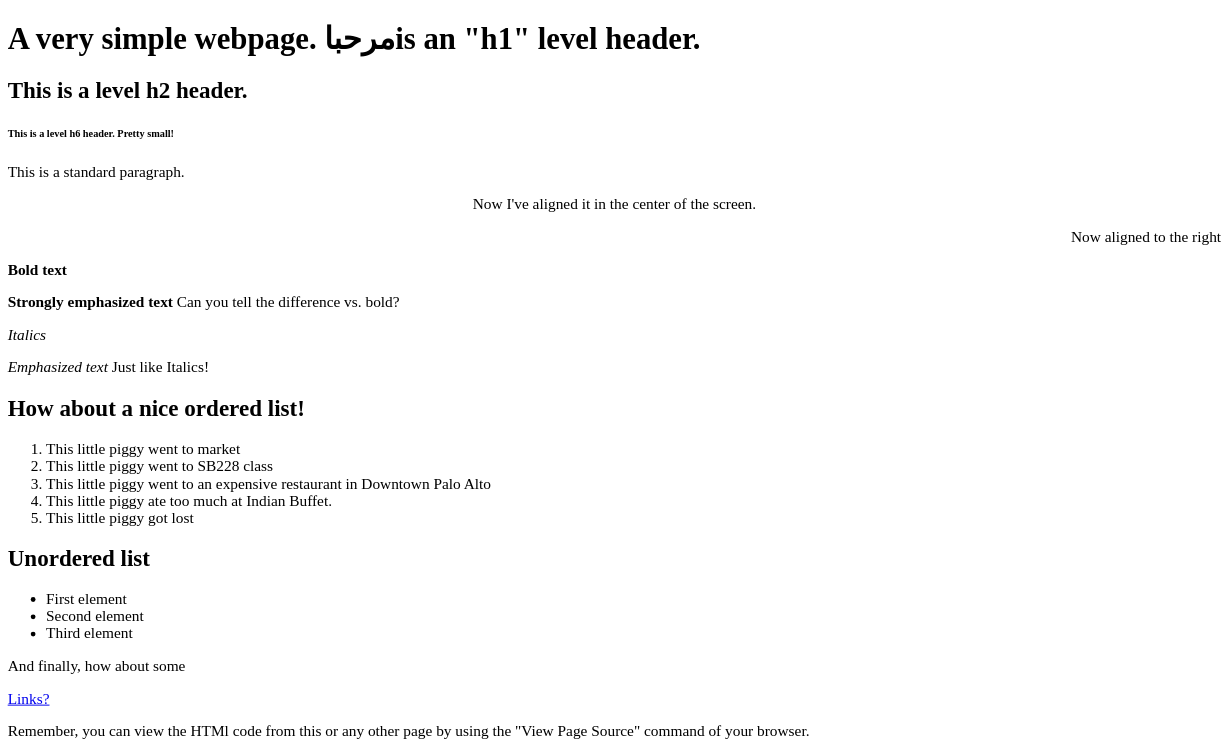
Repository: khanshakiil/ArabicHTMLToPDF
Page: HospitalFrontDesk/src/main/resources/html.html
An editor plug-in stored every save of this project. The page is shown before and after the next save, followed by the edit.
The browser window is 1280 px wide. The pictures show the whole page, at 96% of full size.

Above is the page before, as saved 2020-03-05 18:53:39.

After the next save:
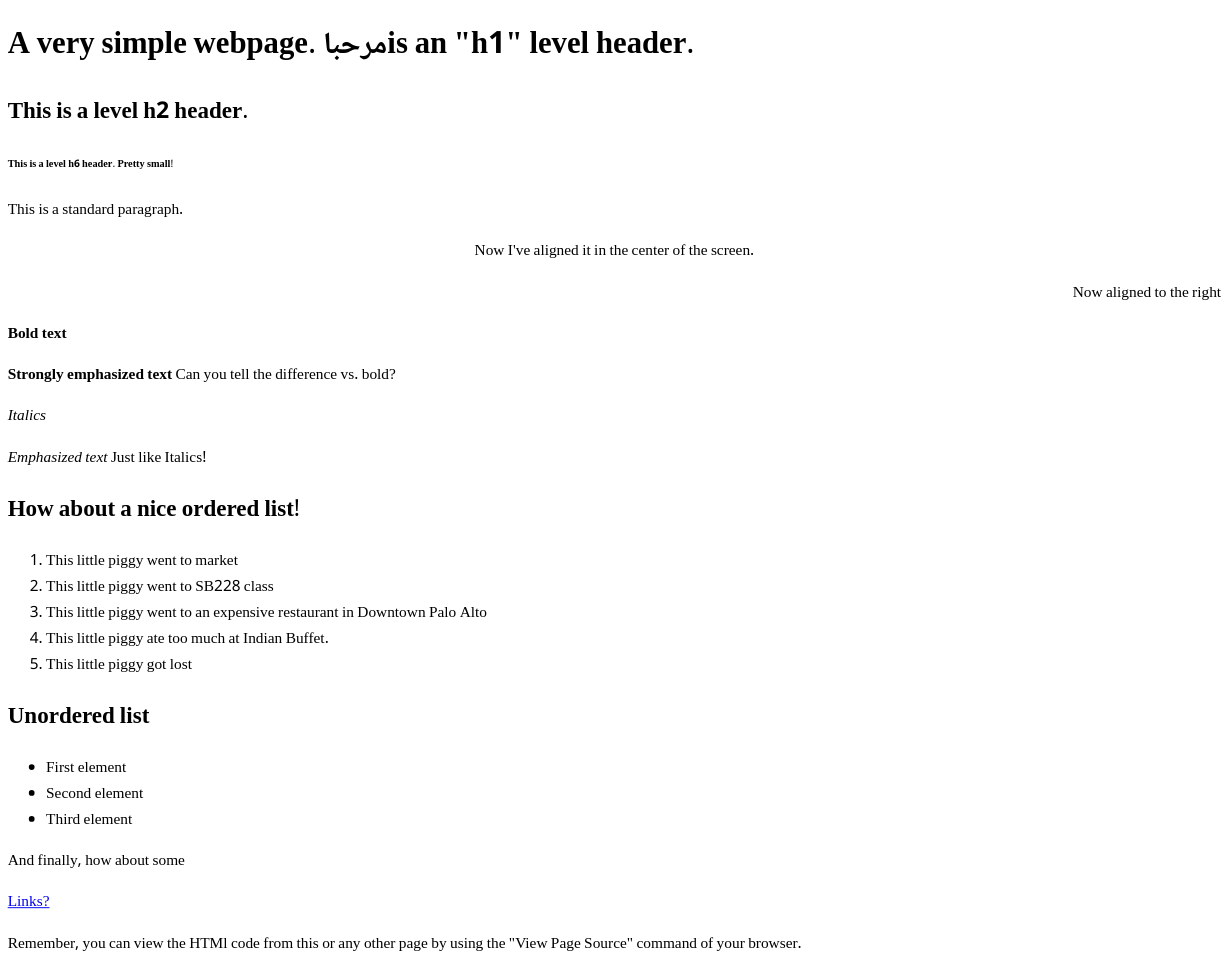
Saved 4 min 20 s later.
--- a/HospitalFrontDesk/src/main/resources/html.html
+++ b/HospitalFrontDesk/src/main/resources/html.html
@@ -6,8 +6,8 @@
  webpage</title>
 </head>
 
-<body>
-<h1>A very simple webpage. مرحباis an "h1" level header.</h1>
+<body style="font-family: Noto Naskh Arabic">
+<h1 >A very simple webpage. مرحباis an "h1" level header.</h1>
 
 <h2>This is a level h2 header.</h2>
 
